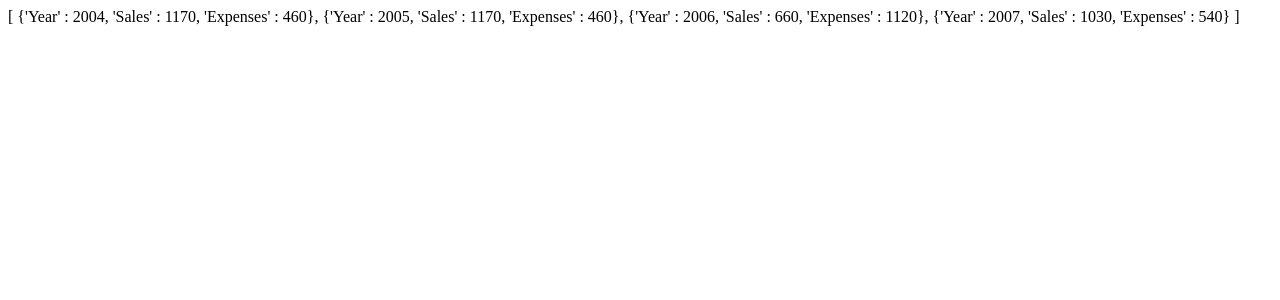
Repository: KYEONGWON-KIM/Project
Page: http://localhost/step02_axiosResponse/axiosPost.jsp
An editor plug-in stored every save of this project. The page is shown before and after the next save, followed by the edit.
The browser window is 1280 px wide. The pictures show the whole page.
The page is served by Tomcat 9.

Above is the page before, as saved 2019-09-03 07:32:09.

After the next save:
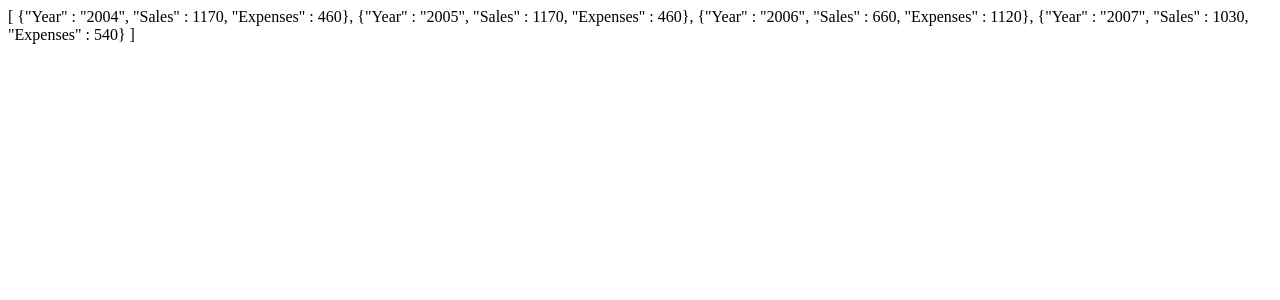
Saved 16 min 35 s later.
--- a/04.JavaScript/step02_axiosResponse/WebContent/axiosPost.jsp
+++ b/04.JavaScript/step02_axiosResponse/WebContent/axiosPost.jsp
@@ -2,8 +2,8 @@
     pageEncoding="UTF-8"%>
 <% response.setHeader("Access-Control-Allow-Origin", "*"); %>
 [
-{'Year' : 2004, 'Sales' : 1170, 'Expenses' : 460},
-{'Year' : 2005, 'Sales' : 1170, 'Expenses' : 460},
-{'Year' : 2006, 'Sales' : 660, 'Expenses' : 1120},
-{'Year' : 2007, 'Sales' : 1030, 'Expenses' : 540}
+{"Year" : "2004", "Sales" : 1170, "Expenses" : 460},
+{"Year" : "2005", "Sales" : 1170, "Expenses" : 460},
+{"Year" : "2006", "Sales" : 660, "Expenses" : 1120},
+{"Year" : "2007", "Sales" : 1030, "Expenses" : 540}
 ]
